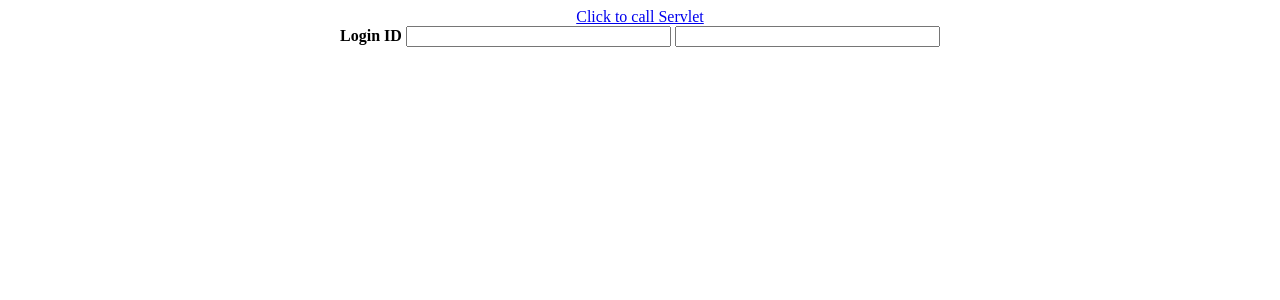
Repository: avads1/Webhook-listener
Page: webhook-servlet/WebContent/index.html
The author's editor kept a copy of each file at every save. The page is drawn from the files as they stood at one save, then again after a run of saves.
The browser window is 1280 px wide. The pictures show the whole page.

Above is the page before, as saved 2022-05-01 01:53:53.

### webhook-servlet/WebContent/index.html
<!DOCTYPE html>
<HTML>
<BODY>
	<CENTER>
		<a href="welcome">Click to call Servlet</a>
		<FORM NAME="Form1" METHOD="post"
			ACTION="/welcome">
			<B>Login ID</B> <INPUT TYPE="text" NAME="loginid" SIZE="30″>
			<P>
				<B>"Password"</B> <INPUT TYPE="password" NAME="password" SIZE="30″>
			</P>
			<P>
				<INPUT TYPE=submit VALUE="Submit".>
			</P>
</BODY>

</HTML>

After the next 2 saves:
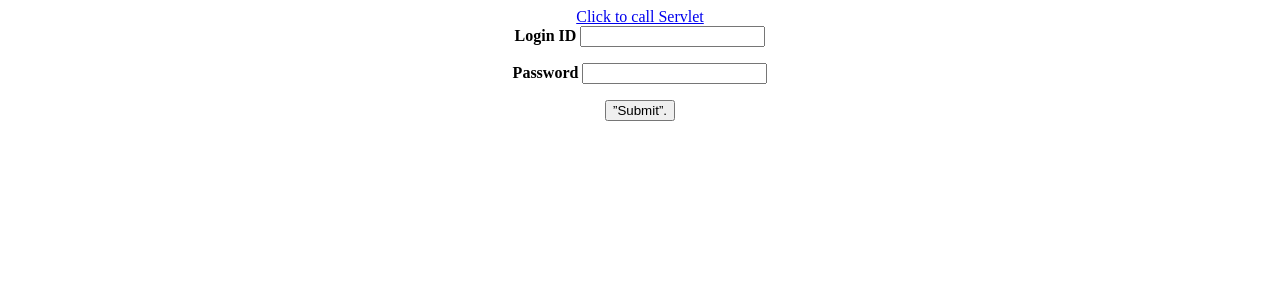
The 2 saves are shown as one change because they came seconds apart.
The last was saved 23 s later.
--- a/webhook-servlet/WebContent/index.html
+++ b/webhook-servlet/WebContent/index.html
@@ -3,14 +3,21 @@
 <BODY>
 	<CENTER>
 		<a href="welcome">Click to call Servlet</a>
-		<FORM NAME="Form1" METHOD="post"
-			ACTION="/welcome">
-			<B>Login ID</B> <INPUT TYPE="text" NAME="loginid" SIZE="30″>
+		<FORM NAME=”Form1″ METHOD=”post”
+			ACTION=”https://ecomputernotes.com:8080/ServletGetExample”>
+
+			<B>Login ID</B> <INPUT TYPE=”text” NAME=”loginid” SIZE=”30″>
+
 			<P>
-				<B>"Password"</B> <INPUT TYPE="password" NAME="password" SIZE="30″>
+
+				<B>Password</B> <INPUT TYPE=”password” NAME=”password” SIZE=”30″>
+
 			</P>
+
 			<P>
-				<INPUT TYPE=submit VALUE="Submit".>
+
+				<INPUT TYPE=submit VALUE=”Submit”.>
+
 			</P>
 </BODY>
 
